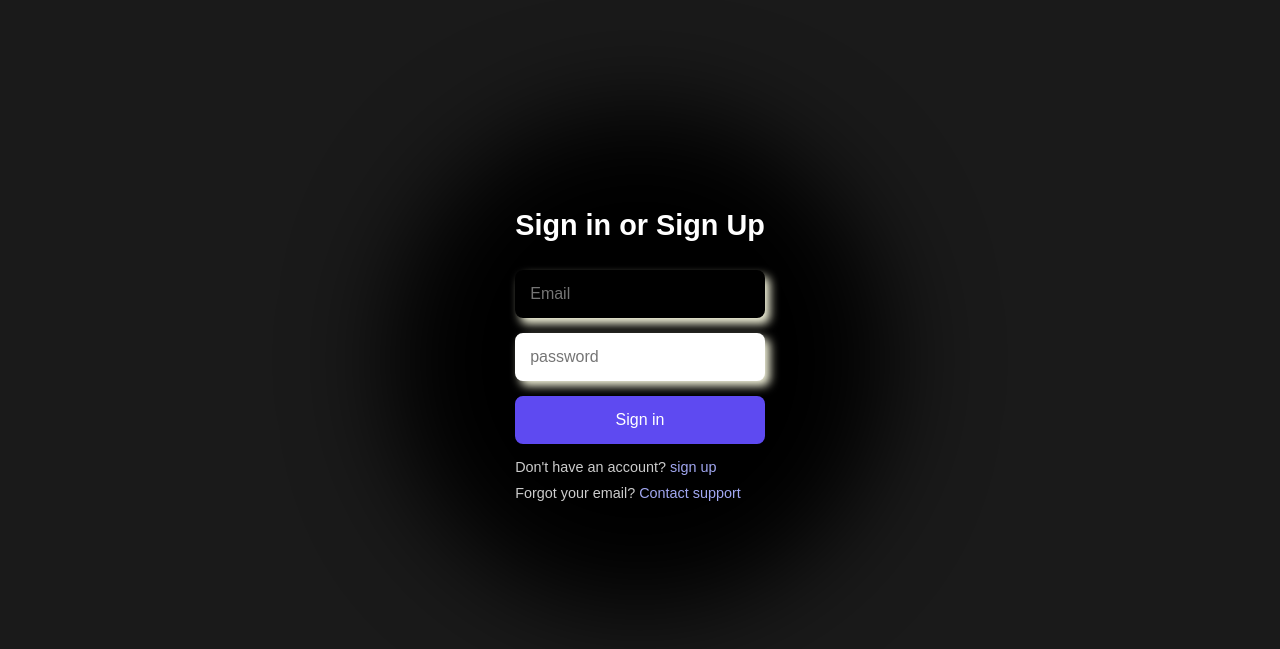
Repository: cmd-keyu/mobileppsh
Page: pages/login.html
An editor plug-in stored every save of this project. The page is shown before and after the next save, followed by the edit.
The browser window is 1280 px wide. The pictures show the whole page.

Above is the page before, as saved 2024-11-12 18:48:52.

After the next save:
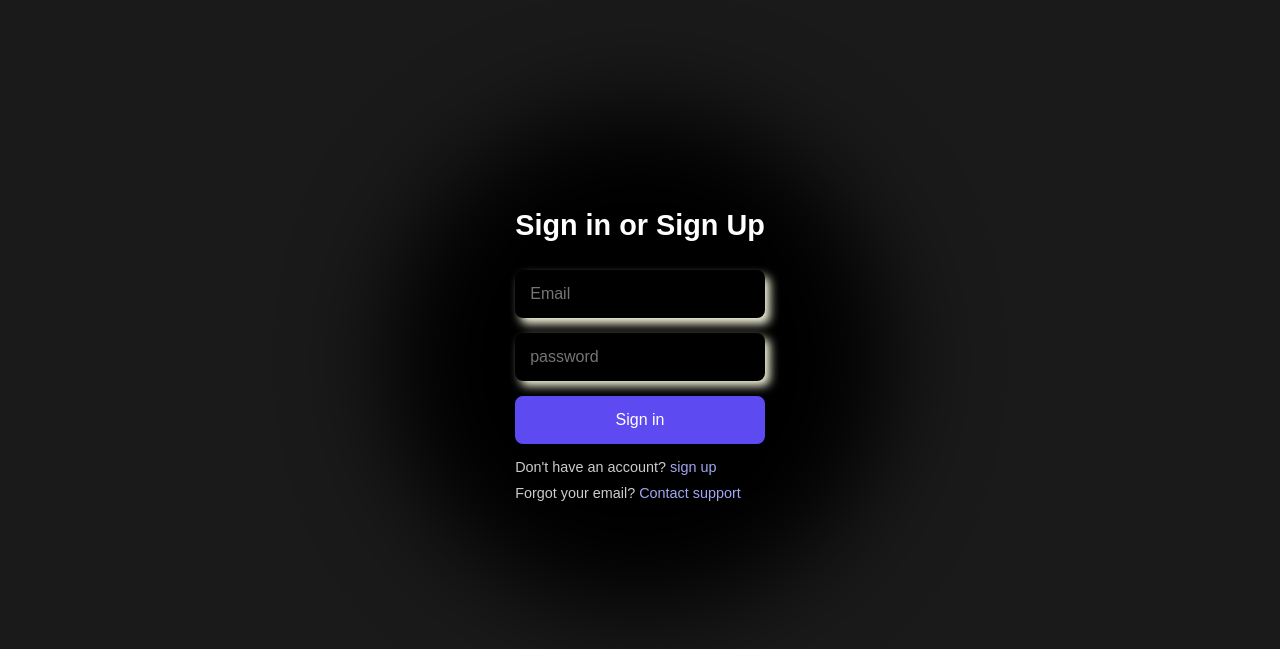
Saved 4 s later.
--- a/pages/login.html
+++ b/pages/login.html
@@ -22,7 +22,7 @@
             <br>
             </div>
         <input type="email" placeholder="Email" required class="hi">
-        <input type="password" placeholder="password" required>
+        <input type="password" placeholder="password" required class="hi">
         <button type="submit" class="sign-in-btn-hide">Sign in</button>
         <button type="submit" class="sign-up-btn-hide">Sign up</button>
       </form>
